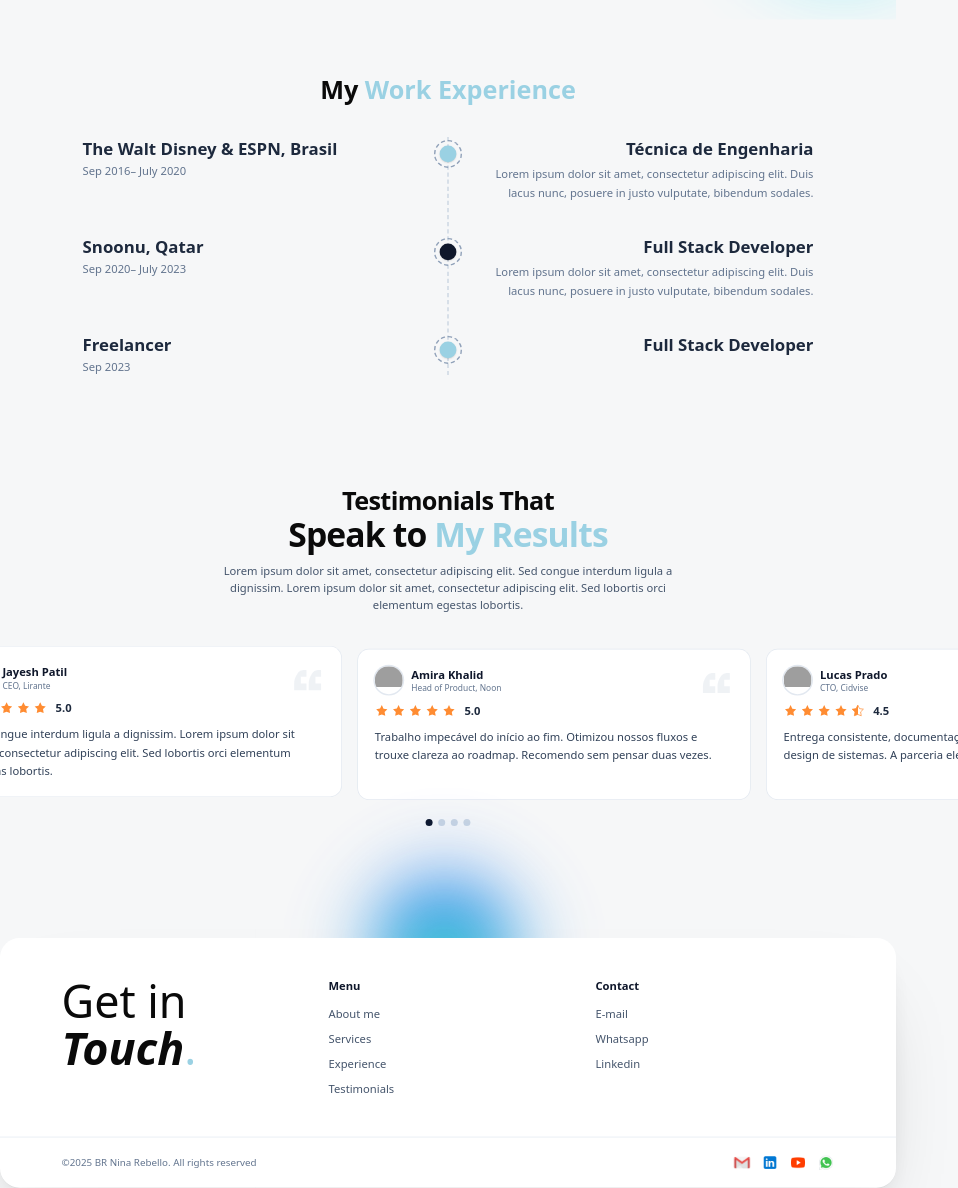
Repository: nina-rebello/portfolio
Page: /
An editor plug-in stored every save of this project. The page is shown before and after a run of saves, followed by the edit.
The browser window is 1280 px wide. The page is 1368 px wide, so the pictures cover 1368 px, including what lies to the right of the window. The pictures show the part of the page from y = 2077 to 3837 px (the page is 3774 px tall before and 3837 px after), at 70% of full size.
Pictures or frames that could not be fetched are drawn as grey boxes. The project was rebuilt for these pictures with package versions that can differ from the ones it lists, and the page was loaded fresh each time. Some packages were replaced by stand-ins written for this rebuild. The framework's server and built-in components were replaced by stand-ins that run in the browser. Also part of the build but not shown: next.config.ts.

Above is the page before, as saved 2025-09-11 19:32:12.

After the next 2 saves:
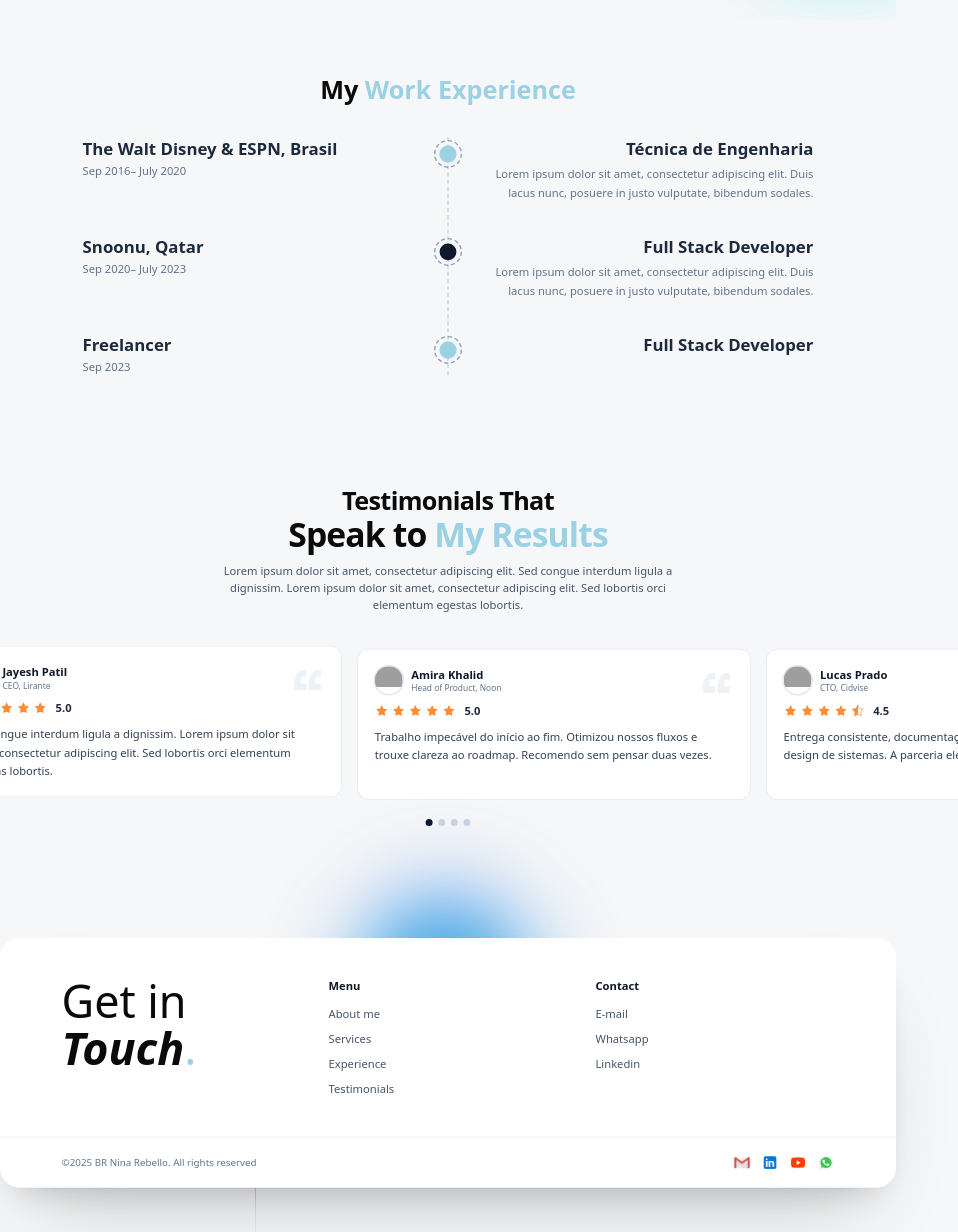
The 2 saves are shown as one change because they came seconds apart.
The last was saved 10 s later.
--- a/components/footer/Footer.tsx
+++ b/components/footer/Footer.tsx
@@ -6,7 +6,7 @@ export default function Footer() {
   return (
     <footer className="relative mt-20">
     {/* Gradiente central acima */}
-    <div className="pointer-events-none absolute inset-x-0 -z-0 -top-70 left-1/2 -translate-x-1/2 w-[600px] h-[600px]">
+    <div className="pointer-events-none absolute inset-x-0 -z-0 -top-70 left-1/2 -translate-x-1/2 w-[700px] h-[700px]">
         <img
         src="/gradients/blur-gradient.png"
         alt=""
